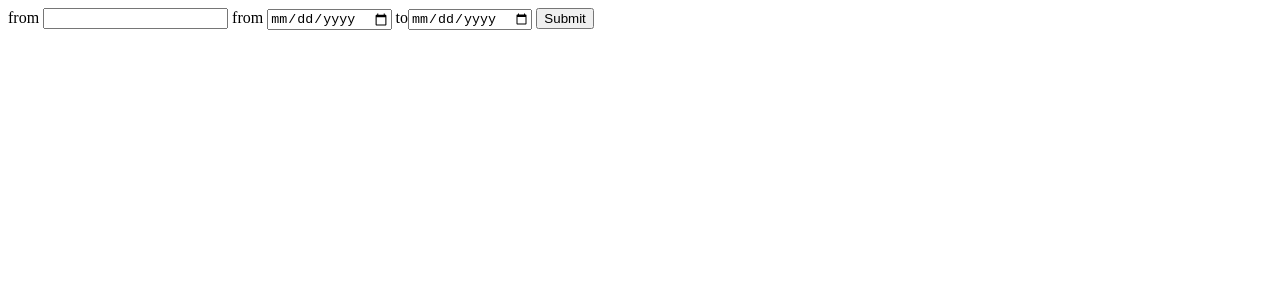
Repository: shiroikumakoori/studentProjecthHibernate
Page: http://localhost/bankApplication/viewTransaction.jsp
An editor plug-in stored every save of this project. The page is shown before and after the next save, followed by the edit.
The browser window is 1280 px wide. The pictures show the whole page.
The page is served by Tomcat 9. Other server files are loaded and not shown.

Above is the page before, as saved 2022-09-02 08:34:23.

### blankApplication/bankApplication/src/main/webapp/viewTransaction.jsp
<%@ page language="java" contentType="text/html; charset=UTF-8"
    pageEncoding="UTF-8"%>
                           <%@page language="java" import="java.util.*" %>
       <%@page language="java" import="org.bankModels.*" %>
<!DOCTYPE html>
<html>
<head>
<meta charset="UTF-8">
<title>Insert title here</title>
</head>
<body>
<form action="/bankApplication/viewRangeTransaction" >
 <label>from</label> <input type="text" name="hi" >
 <label>from</label> <input type="date" name="from" >
  <label>to</label><input type="date" name="to" >
 	 <input type="submit">
 </form>

 <table>
		<%Iterator itr;

			String name ="";
			String userName="";
			int amt = 0;
		%>

		<%

		if( session.getAttribute("listOfCus") != null )
		{
			List<TransactionModel> listCus =(List<TransactionModel>) session.getAttribute("listOfCus");
			for(itr = listCus.iterator(); itr.hasNext();)
			{
				TransactionModel cus = ((TransactionModel)itr.next());

			%>


			<tr>

			<td><%=cus.get_dateTime()%>> </td>
			<td><%=cus.get_description() %> </td>
			<td><%=cus.get_credit()%> </td>
			<td><%=cus.get_debit() %> </td>

			<td>


			</td>
			</tr>

			<%}%>
		<%}%>
	</table>
</body>
</html>

After the next save:
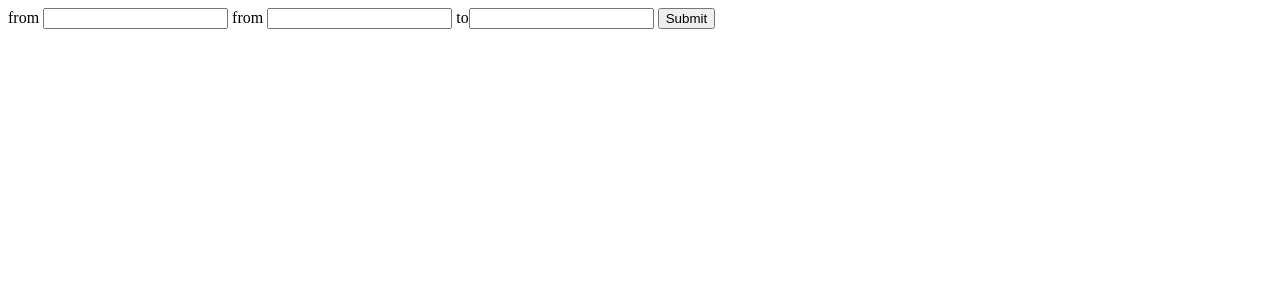
Saved 7 min 12 s later.
--- a/blankApplication/bankApplication/src/main/webapp/viewTransaction.jsp
+++ b/blankApplication/bankApplication/src/main/webapp/viewTransaction.jsp
@@ -11,8 +11,8 @@
 <body>
 <form action="/bankApplication/viewRangeTransaction" >
  <label>from</label> <input type="text" name="hi" >
- <label>from</label> <input type="date" name="from" >
-  <label>to</label><input type="date" name="to" >
+ <label>from</label> <input type="datetime" name="from" >
+  <label>to</label><input type="datetime" name="to" >
  	 <input type="submit">
  </form>
 
